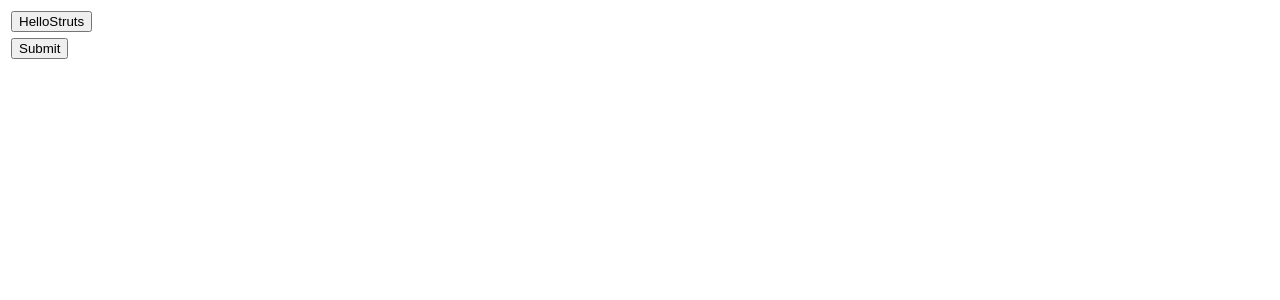
Repository: 8luemitsuho/test
Page: http://localhost/WebProj2/
The author's editor kept a copy of each file at every save. The page is drawn from the files as they stood at one save, then again after the next save.
The browser window is 1280 px wide. The pictures show the whole page.
The page is served by Tomcat 9.

Above is the page before, as saved 2019-07-25 06:16:02.

After the next save:
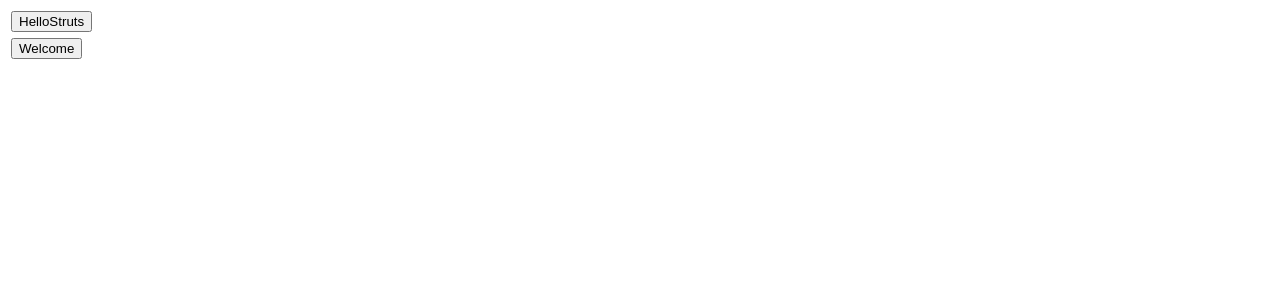
Saved 7 s later.
--- a/WebProj2/WebContent/index.jsp
+++ b/WebProj2/WebContent/index.jsp
@@ -13,7 +13,7 @@
 	</s:form>
 
 	<s:form action="WelcomeAction">
-		<s:submit valie="Welcome"/>
+		<s:submit value="Welcome"/>
 	</s:form>
 </body>
 </html>
